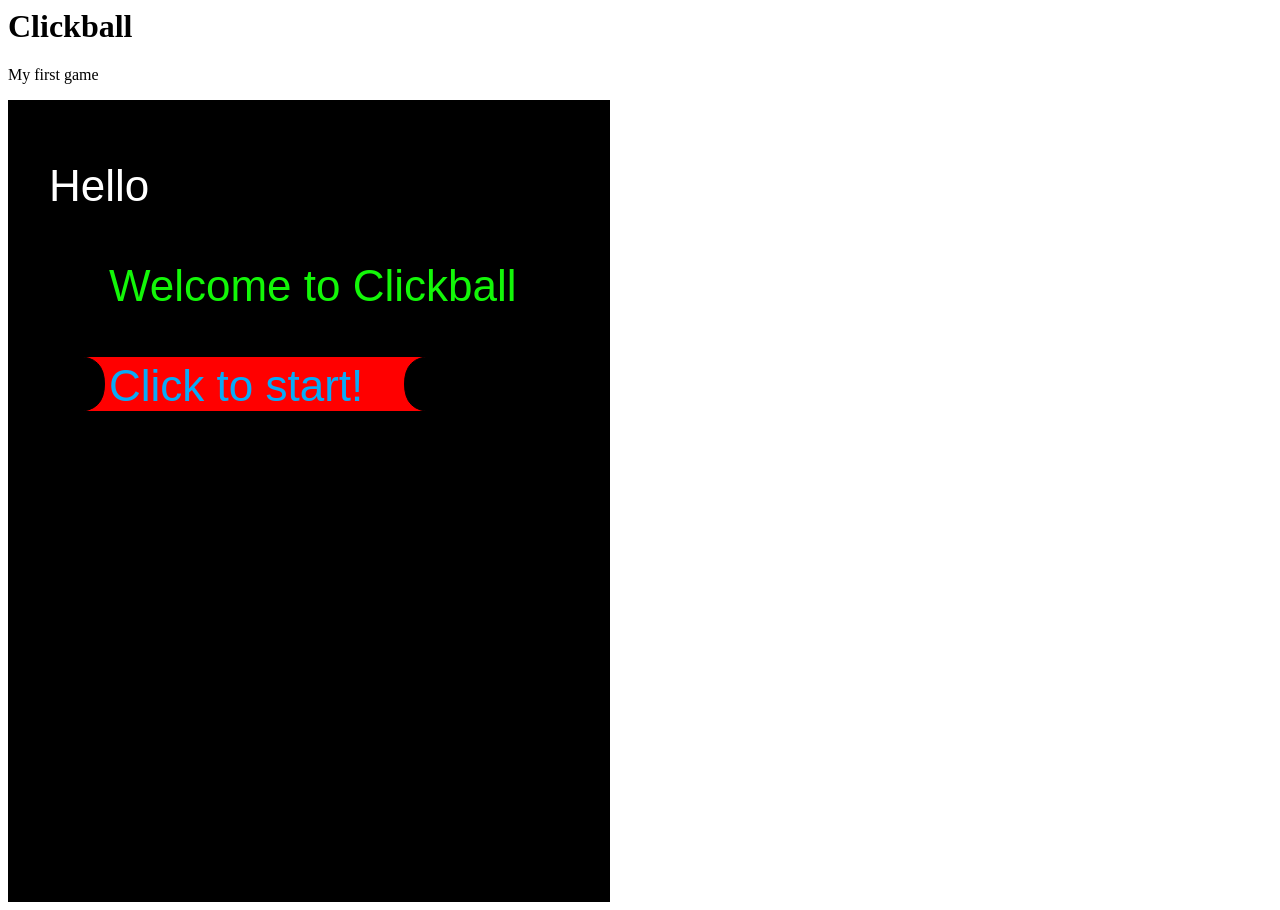
Repository: jacobhayman22/jacobhayman22.github.io
Page: Clickball.html
The author's editor kept a record of every edit. The page is drawn from the files as they stood at one moment, then again after the next edit.
The browser window is 1280 px wide. The pictures show the whole page.

Above is the page before.

### Clickball.html
<!Doctype: HTML w/ Processing>

<html>

  <head>
      <meta http-equiv="Content-Type" content="text/html; charset=UTF-8" />
      <title>Processing Demo</title>
      <script type="text/javascript" src="processing.js"></script>
  </head>

  <body>
    <h1>Clickball</h1>
    <p>My first game</p>

    <script type="text/processing">

    //DECLARE VARIABLES
int gameState;
int X ; //Ball x
int Y ; //Ball y
int Vx; //Velocity of ball in X direction
int Vy; //Velocity of ball in Y direction
int score;
int highScore;
PImage img;
int speed;
float x=600;
float y=300;
float xspeed = 5;
float yspeed = 5;



//SETUP
void setup() {
 size(600,800);
 gameState=0;
 speed=5;
}

//MAIN
void draw() {
 background(0); //black background
 if(gameState==0) {
  startScreen();
 }
 else if(gameState==1){
  checkWalls();
 }
}

void startScreen() {
  textSize(44);
  fill(255); // White
  text("Hello", 40, 100);

  if(mouseX>95 && mouseX<395 && mouseY>265 && mouseY<310){
    fill(0,255,0);
    if(mousePressed){
      gameState=1;
    }

  }
  else {
    fill(255, 0, 0);
  }



  rect(95, 310, 300, -55, 15);
  fill(255, 155, 0); //Red
  fill(19, 247, 8);
  text("Welcome to Clickball", 100, 200);
  fill(8, 171, 247);
  text("Click to start!", 100, 300);

}

void checkWalls() {
background(0);

   x += xspeed;
   if (x > width || x < 0) {
     xspeed *= -1;
   }

y += yspeed;
if (y > height || y< 0) {
  yspeed *= -1;
}



    ellipse(x, y, 50, 50);
   fill(255, 255, 255);
}

       ellipse(20,20,10, 20)  //TEST THIS FIRST THEN DELETE

    </script>
    <canvas id="sketch" style="border: 1px solid black;"></canvas>

  </body>

</html>

Loaded but not shown: processing.js (library)

After the next edit:
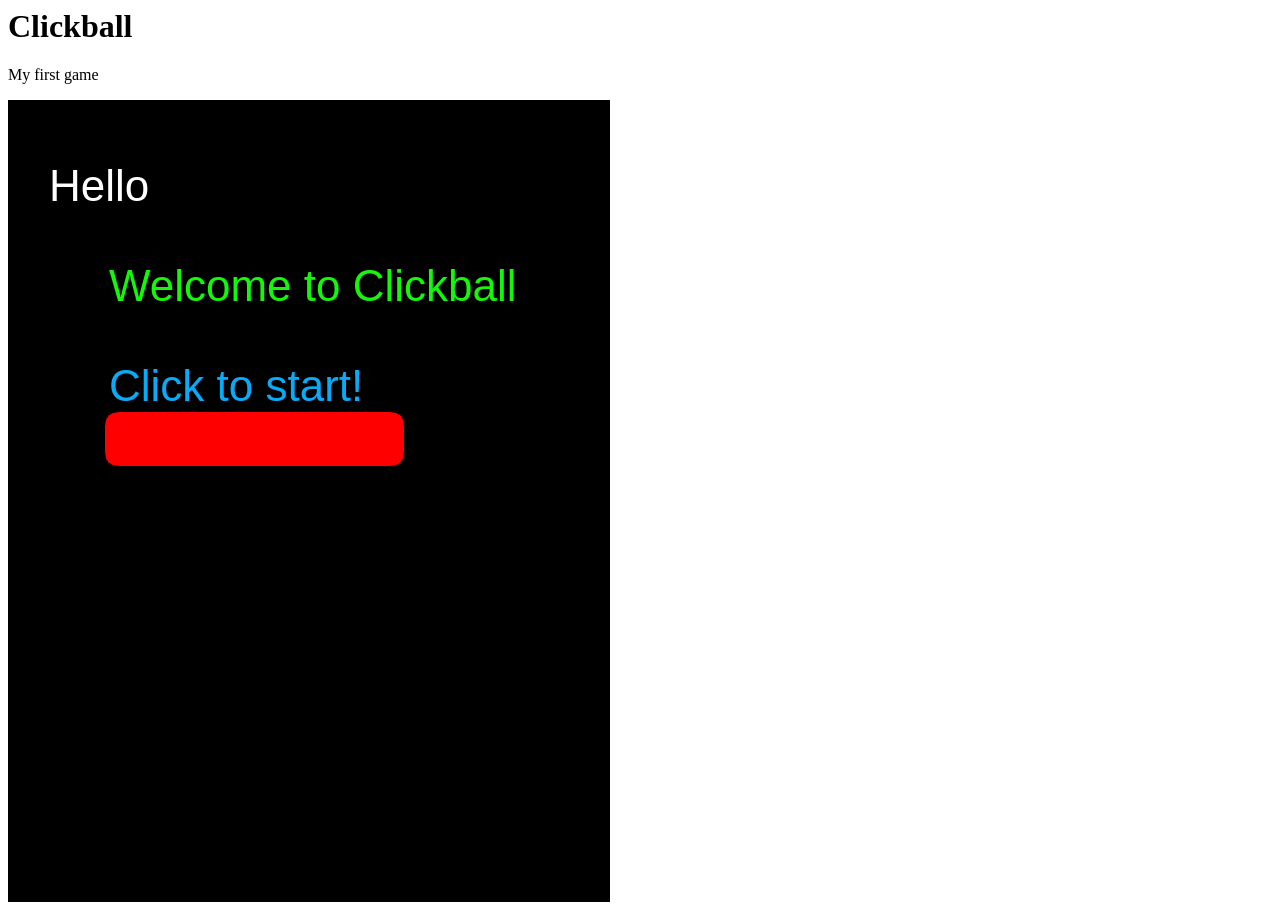
The edit:
--- a/Clickball.html
+++ b/Clickball.html
@@ -67,7 +67,7 @@
 
 
 
-  rect(95, 310, 300, -55, 15);
+  rect(95, 310, 300, 55, 15);
   fill(255, 155, 0); //Red
   fill(19, 247, 8);
   text("Welcome to Clickball", 100, 200);
